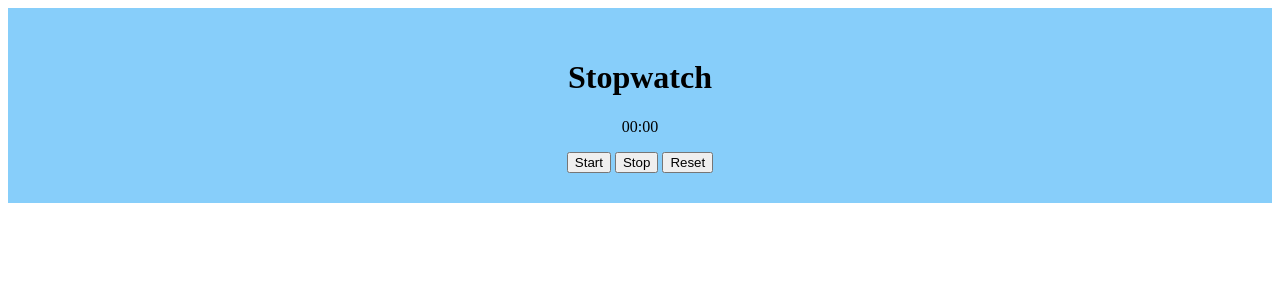
Repository: LeyaAbraham/web-dev
Page: clock.html
An editor plug-in stored every save of this project. The page is shown before and after the next save, followed by the edit.
The browser window is 1280 px wide. The pictures show the whole page.

Above is the page before, as saved 2021-01-05 22:26:44.
Console error: ReferenceError: interval is not defined

### clock.html
<!DOCTYPE html>
<html>

<head>
    <title>Page Title</title>
    <link rel="stylesheet" href="style.css" type="text/css">
    <script src="clock.js"></script>
</head>

<body>
    <div id="wrap">
        <h1>Stopwatch</h1>
        <p><span id="seconds">00</span>:<span id="nano">00</span></p>
        <button id="start">Start</button>
        <button id="stop">Stop</button>
        <button id="reset">Reset</button>
    </div>
</body>

</html>

### style.css
#wrap {
    background-color: lightskyblue;
    border-color: lightyellow;
    text-align: center;
    padding: 30px;

}

### clock.js
window.onload = init();


function init() {
    var seconds = 00;
    var nano = 00;

    var interval;

    document.getElementById("startClock").onclick = start();
    document.getElementById("startClock").onclick = stop();
    document.getElementById("startClock").onclick = reset();

}

function start() {
    clearInterval(interval);
    interval = setInterval(runTimer, 10);

}

function stop() {
    clearInterval(interval);
}

function reset() {
    clearInterval(interval);
    document.getElementById("nano").innerHTML = "00";
    document.getElementById("seconds") = "00";
}

function runTimer() {
    nano++;
    if (nano > 9) {
        document.getElementById("tens").innerHTML = tens;
    } else if (nano <= 9) {
        document.getElementById("tens").innerHTML = "0" + tens;
    } else if (nano > 99) {
        seconds++;
        nano = 0;
        document.getElementById("seconds") = "0" + seconds;

    }

    if (seconds > 9) {
        document.getElementById("seconds") = seconds;
    }
}

After the next save:
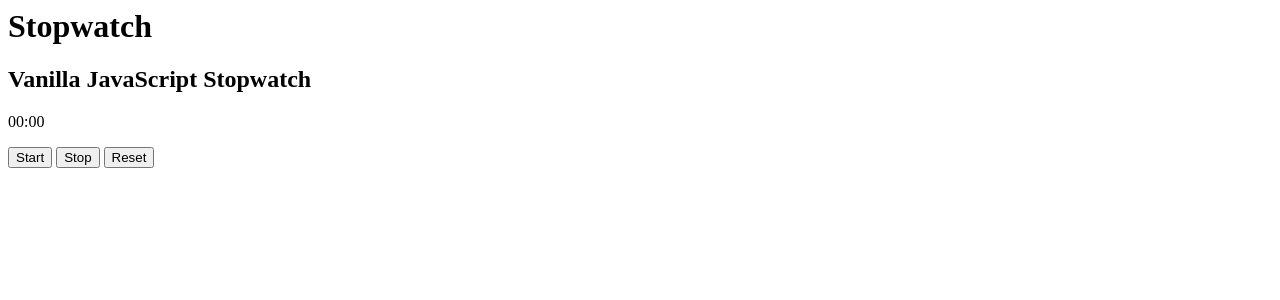
The error is gone.
Saved 110 s later.
--- a/clock.html
+++ b/clock.html
@@ -1,20 +1,8 @@
-<!DOCTYPE html>
-<html>
-
-<head>
-    <title>Page Title</title>
-    <link rel="stylesheet" href="style.css" type="text/css">
-    <script src="clock.js"></script>
-</head>
-
-<body>
-    <div id="wrap">
-        <h1>Stopwatch</h1>
-        <p><span id="seconds">00</span>:<span id="nano">00</span></p>
-        <button id="start">Start</button>
-        <button id="stop">Stop</button>
-        <button id="reset">Reset</button>
-    </div>
-</body>
-
-</html>
+<div class="wrapper">
+    <h1>Stopwatch</h1>
+    <h2>Vanilla JavaScript Stopwatch</h2>
+    <p><span id="seconds">00</span>:<span id="tens">00</span></p>
+    <button id="button-start">Start</button>
+    <button id="button-stop">Stop</button>
+    <button id="button-reset">Reset</button>
+</div>
